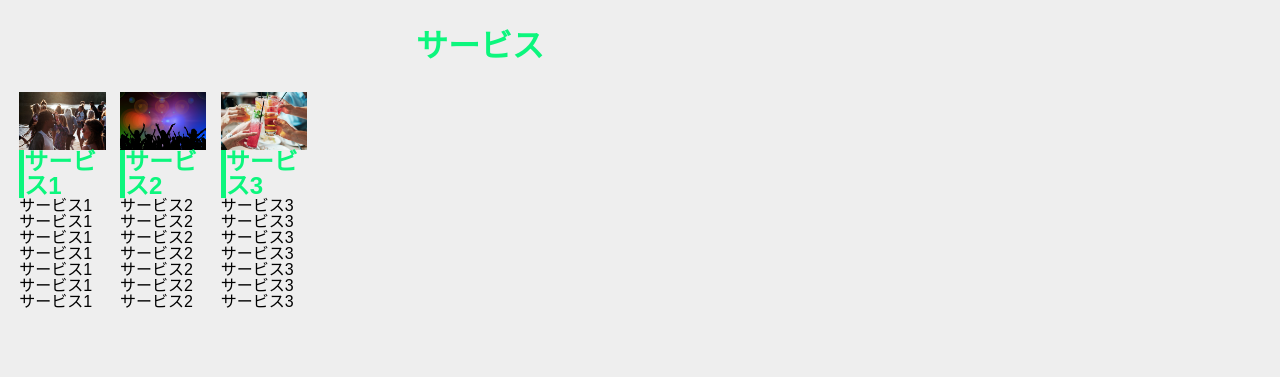
Repository: sonoyama01/dezasuta
Page: 第３回課題/work2/index.html
The author's editor kept a copy of each file at every save. The page is drawn from the files as they stood at one save, then again after the next save.
The browser window is 1280 px wide. The pictures show the whole page.

Above is the page before, as saved 2024-04-27 23:06:19.

### 第３回課題/work2/index.html
<!DOCTYPE html>
<html lang="ja">

<head>
    <meta charset="UTF-8">
    <meta name="viewport" content="width=device-width, initial-scale=1.0">
    <title>第3回課題work2</title>
    <link rel="stylesheet" href="./css/reset.css">
    <link rel="stylesheet" href="./css/style.css">
</head>

<body>
    <h1>サービス</h1>
    <div class="box">
        <div>
            <img src="./images/main_1.jpg" alt="">
            <h2>サービス1</h2>
            <p>サービス1サービス1サービス1サービス1サービス1サービス1サービス1</p>
        </div>

        <div>
            <img src="./images/main_2.png" alt="">
            <h2>サービス2</h2>
            <p>サービス2サービス2サービス2サービス2サービス2サービス2サービス2</p>
        </div>

        <div>
            <img src="./images/main_3.png" alt="">
            <h2>サービス3</h2>
            <p>サービス3サービス3サービス3サービス3サービス3サービス3サービス3</p>
        </div>
    </div>

</body>

</html>

### 第３回課題/work2/css/reset.css
@charset "utf-8";

/* cssリセット */

/*利用するタグによってこちらの内容は増やす*/

html,
body,
h1,
h2,
h3,
p,
dl,
dt,
dd,
ul,
li {
  margin: 0;
  padding: 0;
  line-height: 1;
  /*デフォルトの文字色、font-familyを予め当てておく*/
  color: #000;
  font-family: "游ゴシック体", YuGothic, "游ゴシック", "Yu Gothic", "メイリオ",
    "Hiragino Kaku Gothic ProN", "Hiragino Sans", sans-serif;
}

a {
  /*下線を消す*/
  text-decoration: none;
  /*色を消す*/
  color: inherit;
}

ul {
  /*左の「・」を消す*/
  list-style: none;
}

img {
  max-width: 100%;
  vertical-align: bottom;
  border: none;
}

### 第３回課題/work2/css/style.css
@charset "utf-8";

body {
  width: 960px;
  background-color: #eeeeee;
}
h1 {
  text-align: center;
  color: rgb(12, 246, 125);
  margin: 30px auto;
  padding: 0px auto;
}

h2 {
  color: rgb(12, 246, 125);
  border-left: 5px solid rgb(12, 246, 125);
}

.box {
  display: flex;
  justify-content: space-between;
  padding: 0 2%;
}

div {
  width: 30%;
}

After the next save:
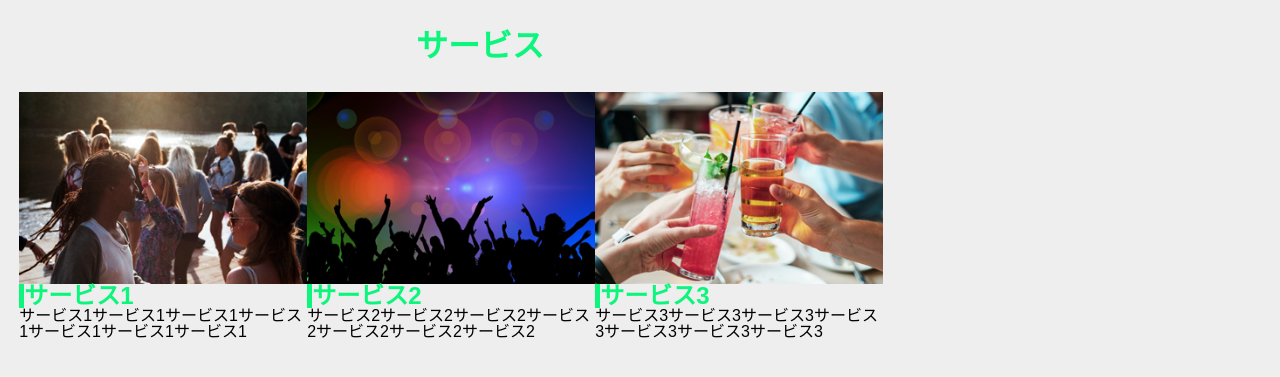
Saved 59 s later.
--- a/第３回課題/work2/css/style.css
+++ b/第３回課題/work2/css/style.css
@@ -20,8 +20,5 @@ h2 {
   display: flex;
   justify-content: space-between;
   padding: 0 2%;
+  width: 90%;
 }
-
-div {
-  width: 30%;
-}
